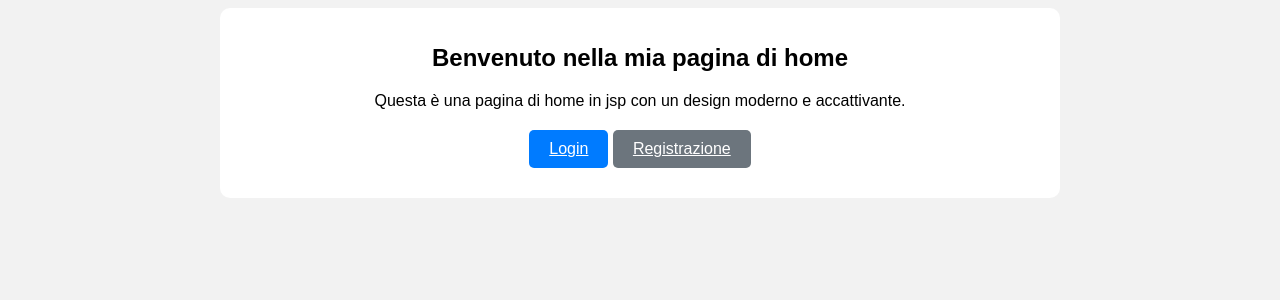
Repository: GabrielCellammare/WebApplication-SA-CyberSecurity
Page: http://localhost/WebProject-CellammareGabriel_ApplicationSecurity_/userNotLogged/index.jsp
The author's editor kept a copy of each file at every save. The page is drawn from the files as they stood at one save, then again after the next save.
The browser window is 1280 px wide. The pictures show the whole page.
The page is served by Tomcat 9. Nobody is signed in. The application's start-up code is not run.

Above is the page before, as saved 2024-01-14 17:19:26.

After the next save:
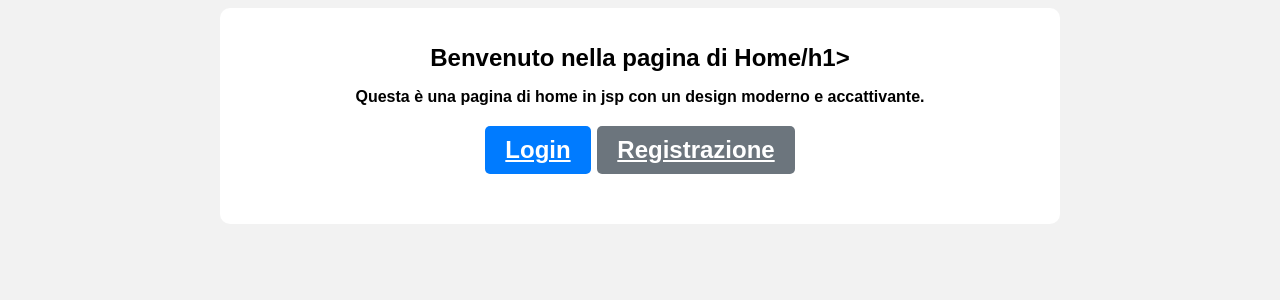
Saved 8 s later.
--- a/WebProject-CellammareGabriel(ApplicationSecurity)/WebContent/userNotLogged/index.jsp
+++ b/WebProject-CellammareGabriel(ApplicationSecurity)/WebContent/userNotLogged/index.jsp
@@ -9,7 +9,7 @@
 </head>
 <body>
     <div class="container">
-        <h1>Benvenuto nella mia pagina di home</h1>
+        <h1>Benvenuto nella pagina di Home/h1>
         <p>Questa è una pagina di home in jsp con un design moderno e accattivante.</p>
         <div class="buttons">
             <a href="login.jsp" class="btn btn-primary">Login</a>
